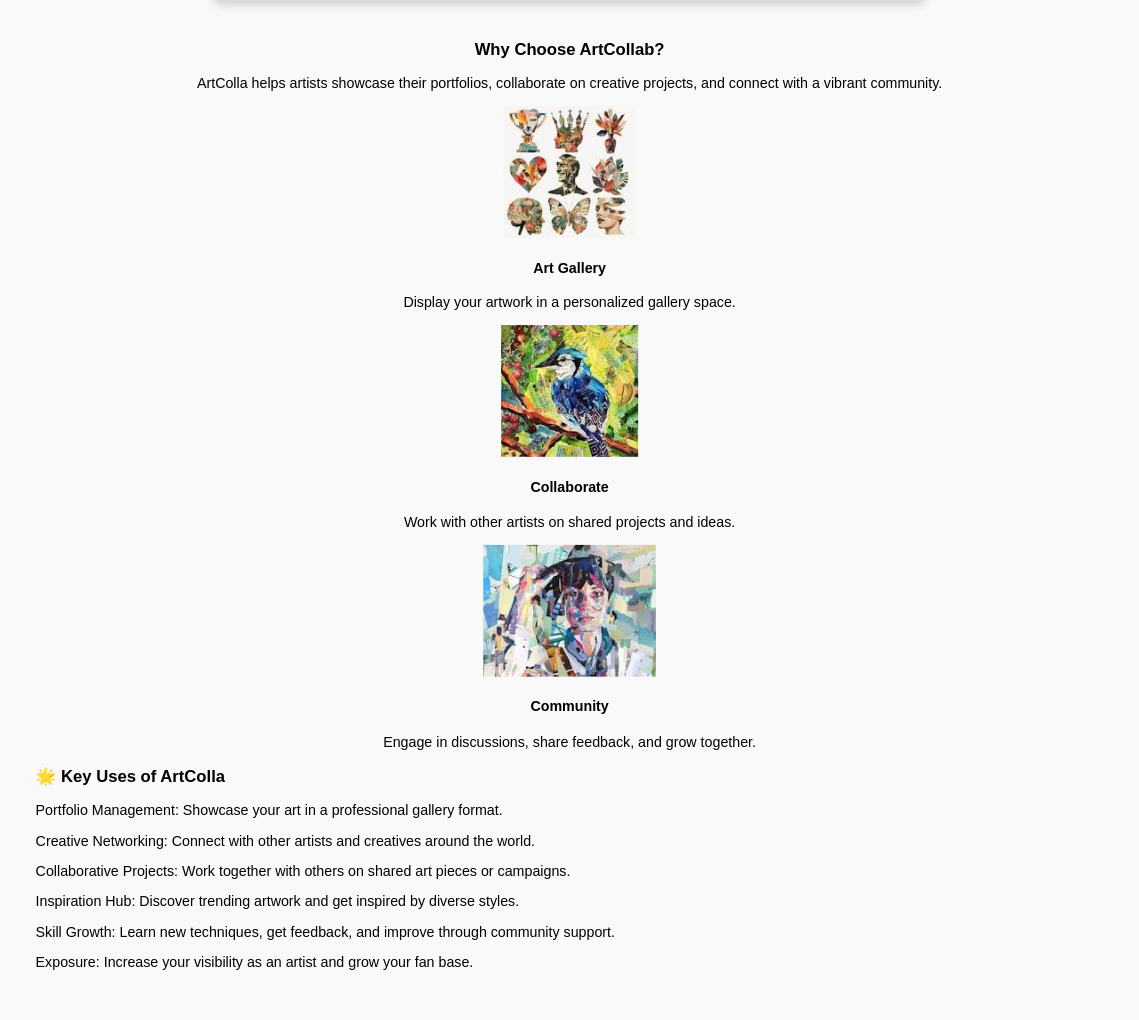
Repository: jeevanReddyP/ArtCollab_App
Page: index.html
The author's editor kept a copy of each file at every save. The page is drawn from the files as they stood at one save, then again after a run of saves.
The browser window is 1280 px wide. The pictures show the part of the page from y = 498 to 1655 px (the page is 1644 px tall before and 1655 px after), at 89% of full size.

Above is the page before, as saved 2025-06-11 16:48:59.

### index.html
<!DOCTYPE html>
<html lang="en">
<head>
    <meta charset="UTF-8">
    <meta name="viewport" content="width=device-width, initial-scale=1.0">
    <title>Document</title>
    <link rel="stylesheet" href="index.css">
</head>
<body>
    <div id="navbar">
                 <h2>ArtColla</h2>
            <p>A platform for artists to connect and share their creativity</p>
            <div class="links">
            <a href="login.html">Log-In</a>
            <a href="signup.html">Sign-Up</a>
            </div>
    </div>
   <main id="home-page">
     <section class="intro-video">
  <h2>Discover ArtColla</h2>
  <iframe width="560" height="315"
          src="https://www.youtube.com/embed/BIj71N1tk-0"
          title="Discover ArtColla"
          frameborder="0"
          allow="accelerometer; autoplay; clipboard-write; encrypted-media; gyroscope; picture-in-picture; web-share"
          allowfullscreen>
  </iframe>
</section>
<section class="app-details">
<h3>Why Choose ArtCollab?</h3>
 <p>ArtColla helps artists showcase their portfolios, collaborate on creative projects, and connect with a vibrant community.</p>

  <div class="features">
      <div class="feature">
        <img src="data:[embedded picture, 9487 characters]" alt="Gallery Feature">
        <h4>Art Gallery</h4>
        <p>Display your artwork in a personalized gallery space.</p>
      </div>

      <div class="feature">
        <img src="data:[embedded picture, 12939 characters]" alt="Collaboration Feature">
        <h4>Collaborate</h4>
        <p>Work with other artists on shared projects and ideas.</p>
      </div>

      <div class="feature">
        <img src="data:[embedded picture, 12347 characters]" alt="Community Feature">
        <h4>Community</h4>
        <p>Engage in discussions, share feedback, and grow together.</p>
      </div>
    </div>
</section>
<section class="discription">
<p>
   <h3> 🌟 Key Uses of ArtColla</h3>
<p>Portfolio Management: Showcase your art in a professional gallery format.</p>
<p>Creative Networking: Connect with other artists and creatives around the world.</p>
<p>Collaborative Projects: Work together with others on shared art pieces or campaigns.</p>
<p>Inspiration Hub: Discover trending artwork and get inspired by diverse styles.</p>
<p>Skill Growth: Learn new techniques, get feedback, and improve through community support.</p>
<p>Exposure: Increase your visibility as an artist and grow your fan base.</p>
</section>
  </main>
</body>
</html>

### index.css
body{
  margin: 0%;
  font-family: sans-serif;
}
#navbar{
background-color:#222;
color: white;
display: flex;
padding: 20px;
justify-content: space-between;
align-items: center;
flex-wrap: wrap;
}
#navbar h2{
   margin: 0;
   font-size: 24px;
}
#navbar p{
    margin: 5px 0 0 0;
    font-size: 14px;
    color: #ccc;
}
.links a{
margin-left: 20px;
text-decoration: none;
color: white;
background-color: #444;
padding: 8px 12px;
border-radius: 4px;
transition: backgroun-color 0.3s;
}
.nav-links a:hover {
  background-color: #666;
}
#home-page{
    padding: 40px;
    background-color: #f9f9f9;
}
.intro-video {
  text-align: center;
  margin-bottom: 40px;
}
.intro-video h2 {
  font-size: 28px;
  margin-bottom: 20px;
}
.intro-video iframe {
  width: 90%;
  max-width: 800px;
  border-radius: 8px;
  box-shadow: 0 4px 12px rgba(0,0,0,0.2);
}

.app-details{
    text-align: center;
}
.app-details h3{

}

After the next 4 saves:
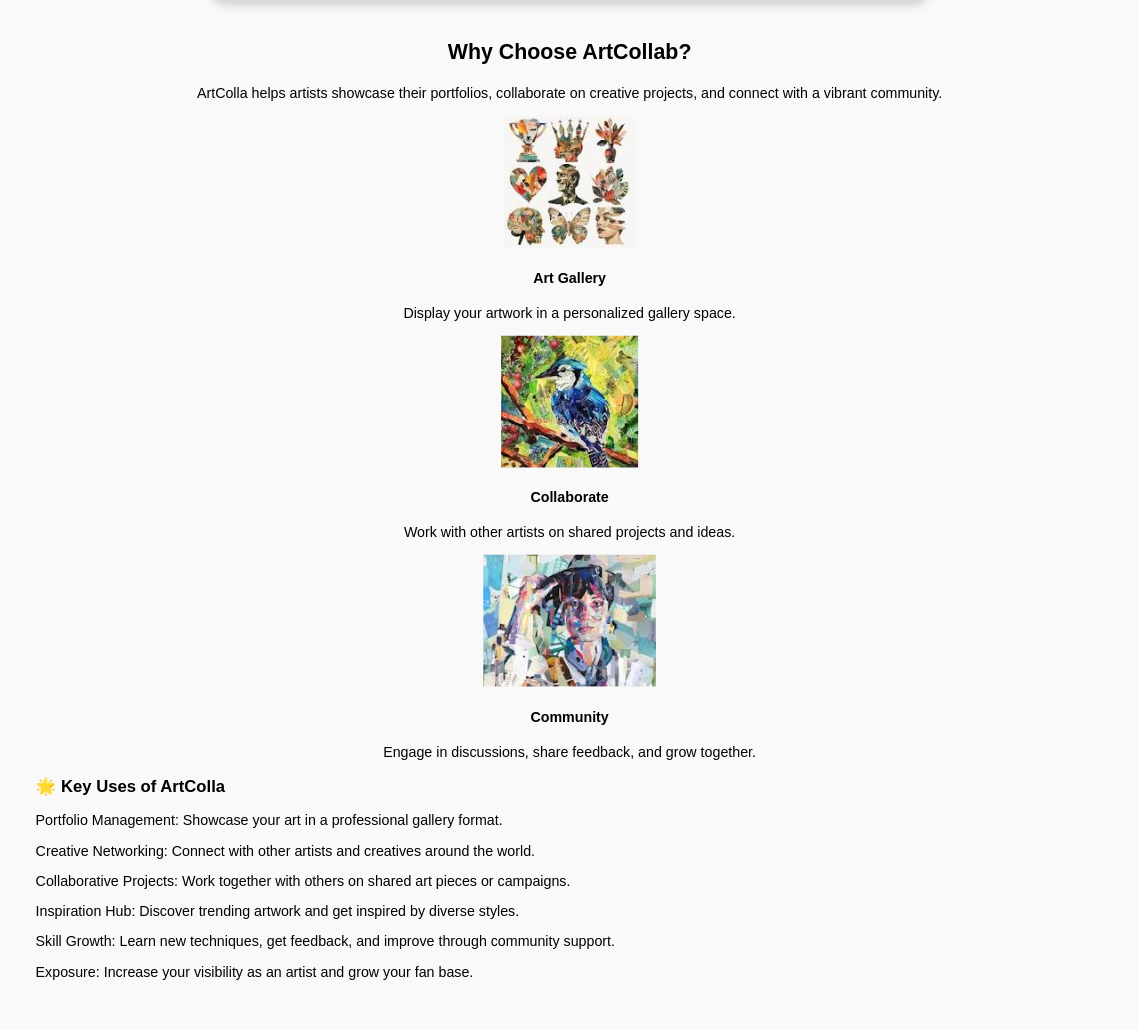
The 4 saves are shown as one change because they came seconds apart.
The last was saved 10 s later.
--- a/index.css
+++ b/index.css
@@ -55,5 +55,5 @@ transition: backgroun-color 0.3s;
     text-align: center;
 }
 .app-details h3{
-
+    font-size: 24px;
 }
